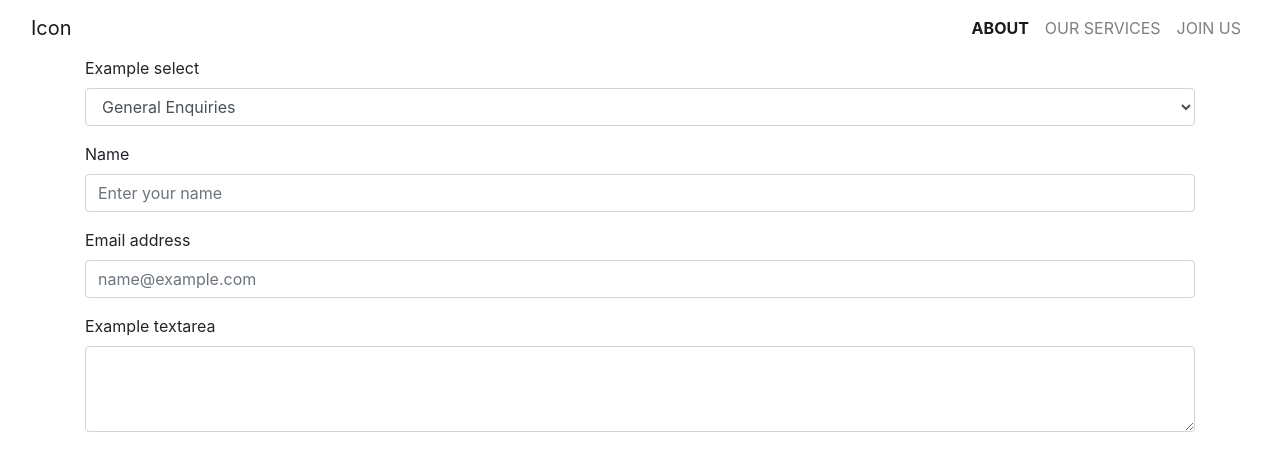
Repository: Code-Institute-Submissions/Jasonngyt-Project1
Page: enquiry.html
The author's editor kept a record of every edit. The page is drawn from the files as they stood at one moment, then again after the next edit.
The browser window is 1280 px wide. The pictures show the whole page.
Some web fonts or font styles are not loaded; a fallback is used. Some web libraries are served in a nearby version.

Above is the page before.

After the next edit:
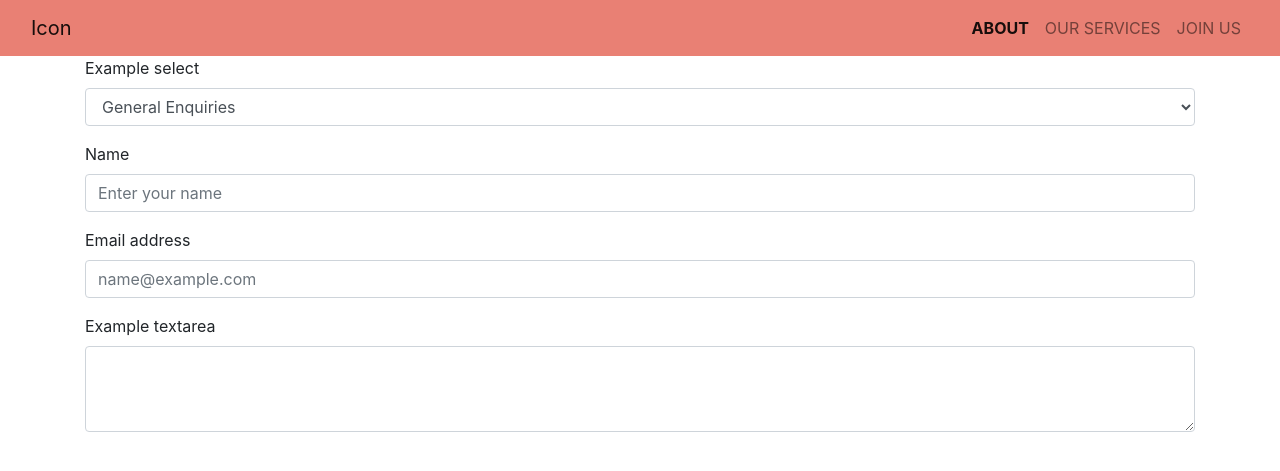
The edit:
--- a/CSSstyle/mystyle.css
+++ b/CSSstyle/mystyle.css
@@ -1,3 +1,6 @@
+.navbar{
+    background-color: #E98074;
+}
 .nav {
     text-transform: uppercase
 }
